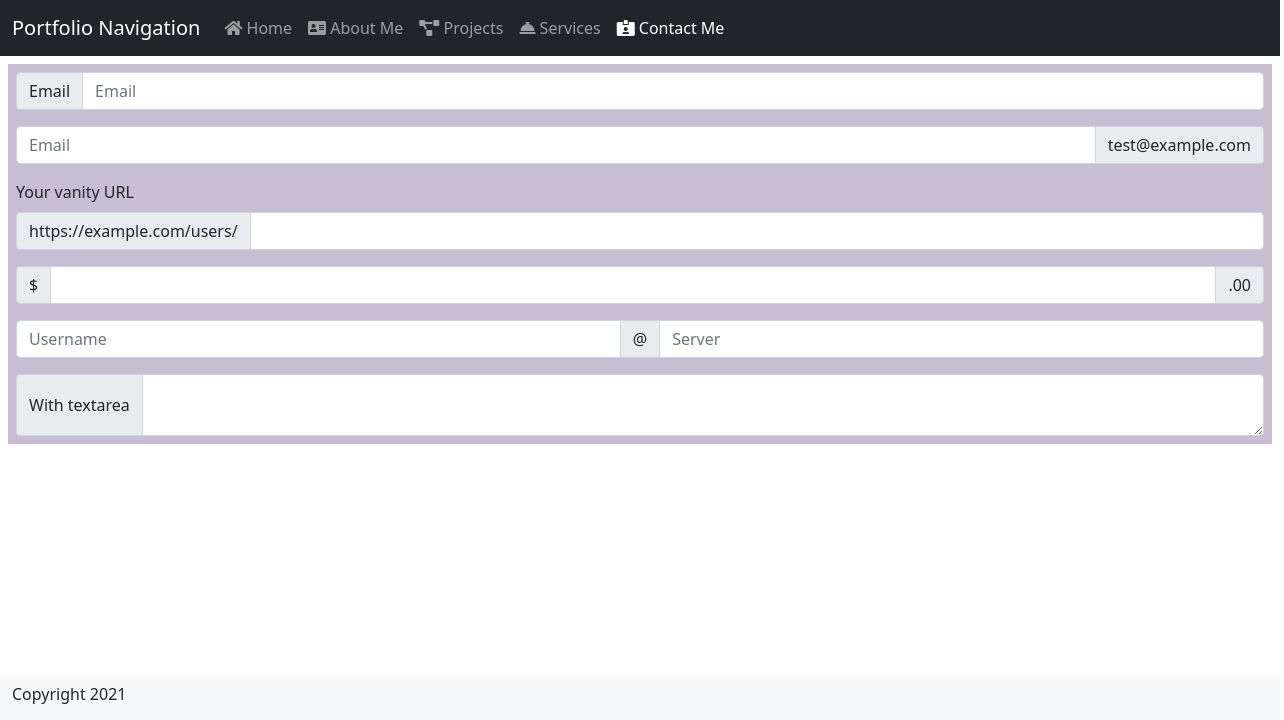
Repository: GarlicButterBoy/Portfolio
Page: contact.html
These files come from the project's save history. The page is drawn as it stood at one moment and after a run of saves; the edit follows.
The browser window is 1280 px wide. The page is 1284 px wide, so the pictures cover 1284 px, including what lies to the right of the window. The pictures show the whole page.

Above is the page before, as saved 2021-06-09 13:00:18.

### contact.html
<!DOCTYPE html>
<html lang="en">
<head>
    <meta charset="UTF-8">
    <meta http-equiv="X-UA-Compatible" content="IE=edge">
    <meta name="viewport" content="width=device-width, initial-scale=1.0">
    <title>Nick Sturch-Flint Portfolio</title>
    <link rel="stylesheet" href="./node_modules/bootstrap/dist/css/bootstrap.min.css">
    <link rel="stylesheet" href="./node_modules/@fortawesome/fontawesome-free/css/all.min.css">
    <link rel="stylesheet" href="./Content/app.css">
</head>
<body>
  <!-- Main Navigation -->
    <nav class="navbar navbar-expand-lg navbar-dark bg-dark">
        <div class="container-fluid">
          <a class="navbar-brand" href="#">Portfolio Navigation</a>
          <button class="navbar-toggler" type="button" data-bs-toggle="collapse" data-bs-target="#navbarNavAltMarkup" aria-controls="navbarNavAltMarkup" aria-expanded="false" aria-label="Toggle navigation">
            <span class="navbar-toggler-icon"></span>
          </button>
          <div class="collapse navbar-collapse" id="navbarNavAltMarkup">
            <div class="navbar-nav ml-auto">
              <a id="home" class="nav-link" aria-current="page" href="index.html"><i class="fas fa-home"></i> Home</a>
              <a id="about" class="nav-link" href="about.html"><i class="fas fa-address-card"></i> About Me</a>
              <a id="projects" class="nav-link" href="projects.html"><i class="fas fa-project-diagram"></i> Projects</a>
              <a id="services" class="nav-link" href="services.html"><i class="fas fa-concierge-bell"></i> Services</a>
              <a id="contact" class="nav-link" href="contact.html"><i class="fas fa-id-card-alt"></i> Contact Me</a>
            </div>
          </div>
        </div>
      </nav>
      <!-- End of Main Navigation -->

      <main class="containrer p-2">
        <div class="row">
          <div class="col">
            <div class="jumbotron p-2" id="contentArea">
              <div class="input-group mb-3">
                <span class="input-group-text" id="basic-addon1">Email</span>
                <input type="text" class="form-control" placeholder="Email" aria-label="Email" aria-describedby="basic-addon1">
              </div>

              <div class="input-group mb-3">
                <input type="text" class="form-control" placeholder="Email" aria-label="Email" aria-describedby="basic-addon2">
                <span class="input-group-text" id="basic-addon2">test@example.com</span>
              </div>

              <label for="basic-url" class="form-label">Your vanity URL</label>
              <div class="input-group mb-3">
                <span class="input-group-text" id="basic-addon3">https://example.com/users/</span>
                <input type="text" class="form-control" id="basic-url" aria-describedby="basic-addon3">
              </div>

              <div class="input-group mb-3">
                <span class="input-group-text">$</span>
                <input type="text" class="form-control" aria-label="Amount (to the nearest dollar)">
                <span class="input-group-text">.00</span>
              </div>

              <div class="input-group mb-3">
                <input type="text" class="form-control" placeholder="Username" aria-label="Username">
                <span class="input-group-text">@</span>
                <input type="text" class="form-control" placeholder="Server" aria-label="Server">
              </div>

              <div class="input-group">
                <span class="input-group-text">With textarea</span>
                <textarea class="form-control" aria-label="With textarea"></textarea>
              </div>
            </div>
          </div>
        </div>
      </main>


      <footer>
        <nav class="navbar fixed-bottom navbar-light bg-light">
          <div class="container-fluid">
            <h6>Copyright 2021</h6>
          </div>
        </nav>
      </footer>

      <!-- Third Party Libraries -->
      <script src="./node_modules/jquery/dist/jquery.min.js"></script>
      <script src="./node_modules/bootstrap/dist/js/bootstrap.min.js"></script>

      <!-- Third Party Libraries -->
    <script src="./Scripts/app.js"></script>
</body>
</html>

### Content/app.css
.jumbotron {
    background-color: #c7bed3;
  }

### Scripts/app.js
"use strict";

//IIFE - Immediately Invoked Function Expression
// OR - Anonymous Self Executing Function
(function()
{
    //declare function variables here...
    console.log("%cDeclaring Variables", "color:blue");

    /**
     * Variable Initialization in this function
     */
    function Start()
    {
        console.log("%cInitializing Variables", "color:green");

        PageSwitcher();

        Main();
    }

    function PageSwitcher()
    {
        let name = window.location.pathname; //returns full .html page name
        let pageName = name.substring(1, name.length - 5); //returns page name without the first / and the final .html


        switch(pageName)
        {
            case "index":
                DisplayHome();

                break;
            case "about":
                DisplayAbout();
                break;
            case "projects":
                DisplayProjects();
                break;
            case "services":
                DisplayServices();
                break;
            case "contact":
                DisplayContact();
                break;
            default:
                console.error("Page Not Found");
                break;
        }

        $("#"+pageName).addClass("active"); //makes the active page link highlighted
    }

    function DisplayHome()
    {
        document.getElementById("home").className = "nav-link active";
         $("button").on("click", () => {
              location.href = "projects.html";
         });
    }

    function DisplayAbout()
    {

    }

    function DisplayProjects()
    {

    }

    function DisplayServices()
    {

    }

    function DisplayContact()
    {

    }

    /**
     * Main program Entry point is here
     */
    function Main()
    {
        console.log("%cMain Program Starting", "color:orange");

    }

    window.addEventListener("load", Start);
})();

Loaded but not shown: node_modules/bootstrap/dist/css/bootstrap.min.css (library); node_modules/@fortawesome/fontawesome-free/css/all.min.css (library); node_modules/jquery/dist/jquery.min.js (library); node_modules/bootstrap/dist/js/bootstrap.min.js (library)

After the next 2 saves:
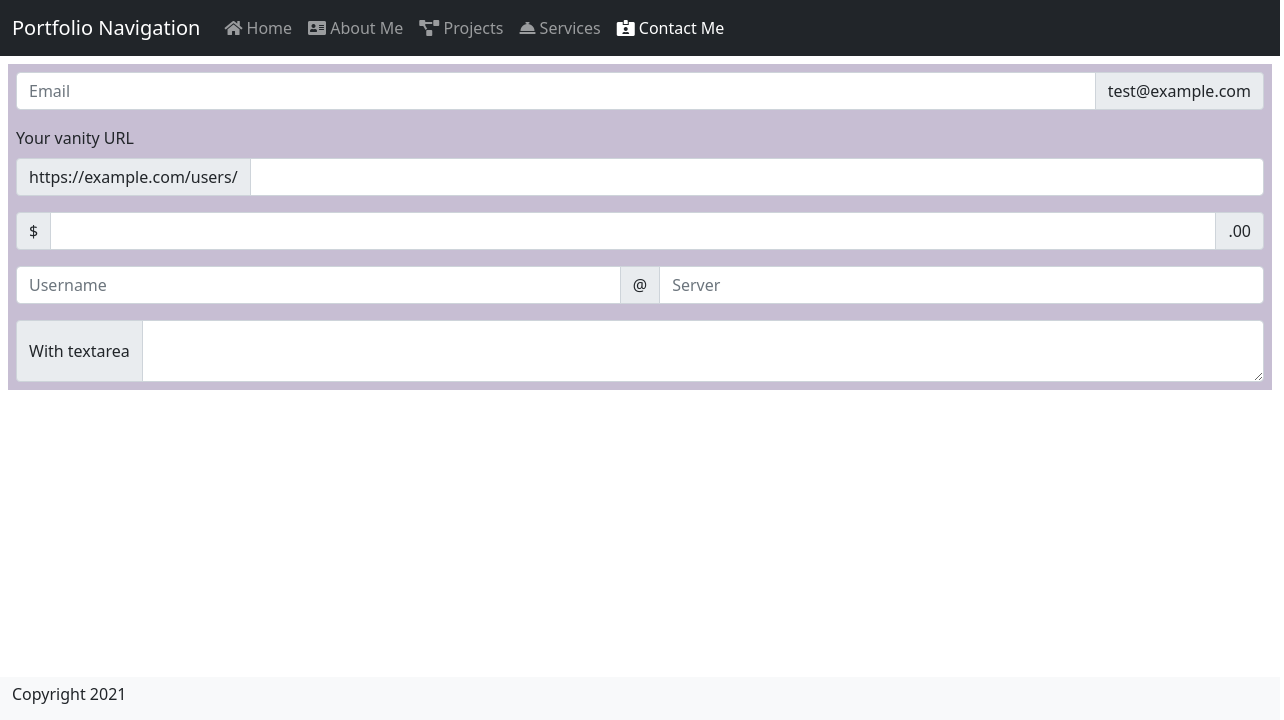
The 2 saves are shown as one change because they came seconds apart.
The last was saved 13 s later.
--- a/contact.html
+++ b/contact.html
@@ -34,10 +34,6 @@
         <div class="row">
           <div class="col">
             <div class="jumbotron p-2" id="contentArea">
-              <div class="input-group mb-3">
-                <span class="input-group-text" id="basic-addon1">Email</span>
-                <input type="text" class="form-control" placeholder="Email" aria-label="Email" aria-describedby="basic-addon1">
-              </div>
 
               <div class="input-group mb-3">
                 <input type="text" class="form-control" placeholder="Email" aria-label="Email" aria-describedby="basic-addon2">
